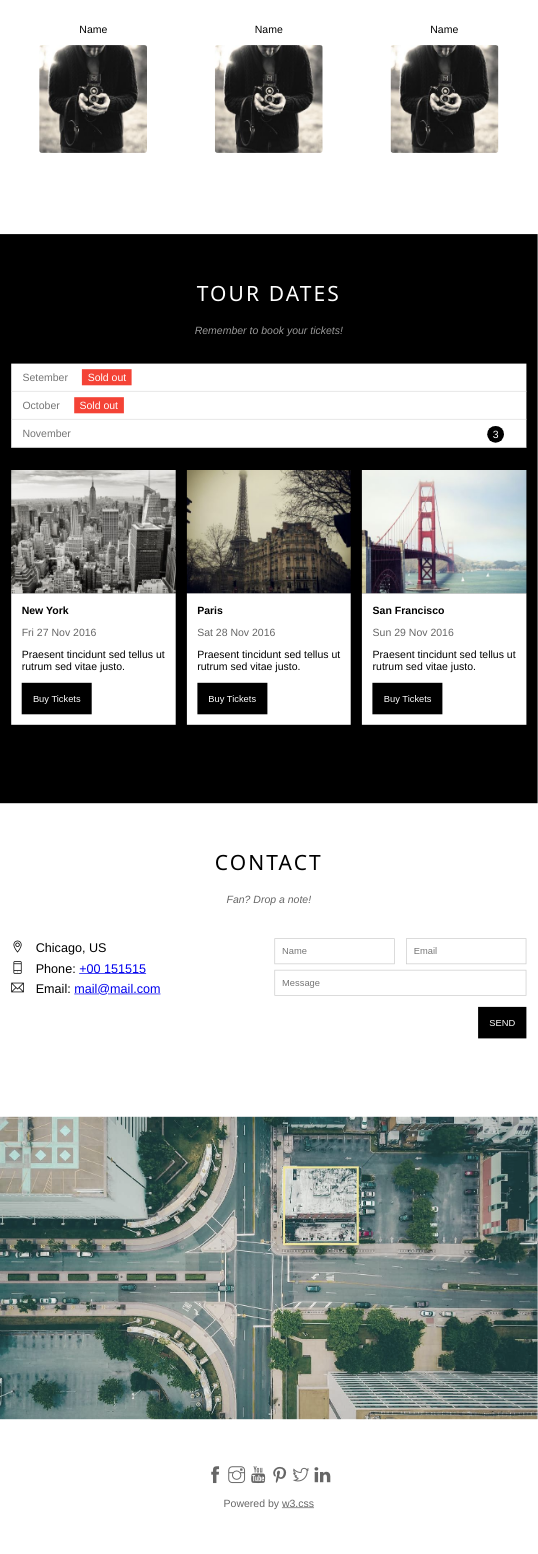
Repository: Lehau79/w3_band
Page: index.html
These files come from the project's save history. The page is drawn as it stood at one moment and after the next save; the edit follows.
The browser window is 768 px wide. The pictures show the part of the page from y = 768 to 3008 px (the page is 2988 px tall before and 3008 px after), at 70% of full size.

Above is the page before, as saved 2021-11-21 17:07:30.

After the next save:
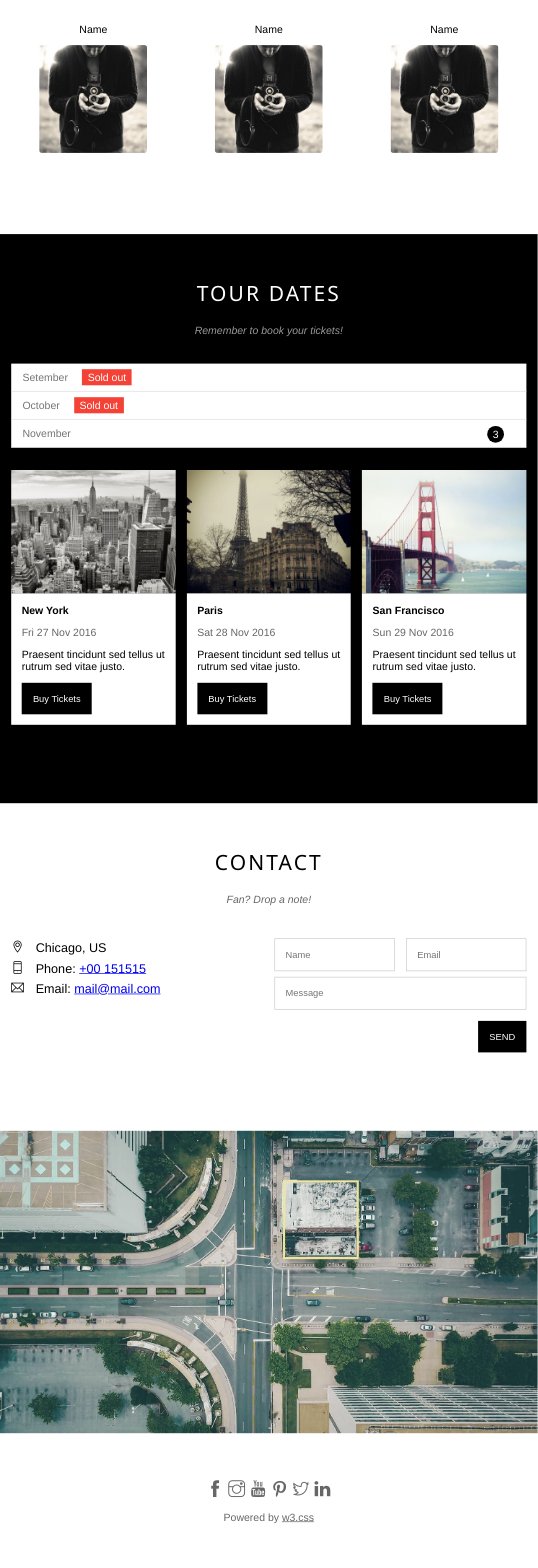
Saved 51 s later.
--- a/assets/css/responsive.css
+++ b/assets/css/responsive.css
@@ -5,9 +5,12 @@
 
 /* Tablet and Mobile */
 @media (max-width:1023px) {
-   .btn {
-       padding: 15px 16px;
-   }
+    .btn {
+        padding: 15px 16px;
+    }
+    .contact-form .form-control {
+        padding: 15px;
+    }
 }
 /* Tablet */
 
